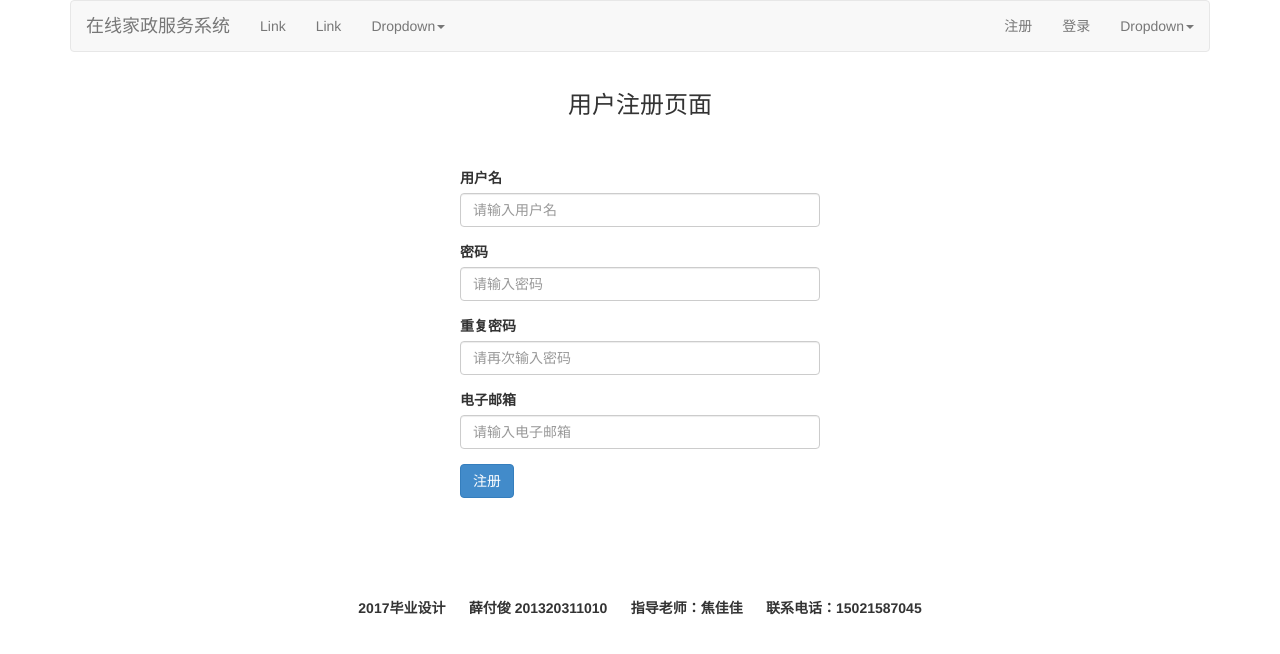
Repository: ELeonCXFJ/MyEclipseWS
Page: http://localhost/MyWeb/jsps/user/register.jsp
An editor plug-in stored every save of this project. The page is shown before and after the next save, followed by the edit.
The browser window is 1280 px wide. The pictures show the whole page.
The page is served by Tomcat 9. Nobody is signed in. The application's start-up code is not run. Other server files are loaded and not shown.

Above is the page before, as saved 2017-03-17 05:22:46.

### MyWeb/WebRoot/jsps/user/register.jsp
<%@ page language="java" import="java.util.*" pageEncoding="UTF-8"%>
<%@ taglib prefix="c" uri="http://java.sun.com/jsp/jstl/core" %>

<!DOCTYPE html>
<html>
<head>
   	<meta charset="utf-8">
   	<meta name="viewport" content="width=device-width, initial-scale=1">
   	<title>用户注册</title>

   	<link rel="stylesheet" href="${pageContext.request.contextPath}/vendor/bootstrap/css/bootstrap.css" />
   	<link rel="stylesheet" href="${pageContext.request.contextPath}/dist/css/bootstrapValidator.css" />

   	<script type="text/javascript" src="${pageContext.request.contextPath}/vendor/jquery/jquery.min.js"></script>
   	<script type="text/javascript" src="${pageContext.request.contextPath}/vendor/bootstrap/js/bootstrap.min.js"></script>
	<script type="text/javascript" src="${pageContext.request.contextPath}/dist/js/bootstrapValidator.js"></script>

</head>

<body>
<div class="container" >

	<div class="row clearfix">
	<c:import url="../../top.jsp"></c:import>
		<div class="col-md-12 column">
		<h3 align="center">用户注册页面</h3></br></br>
		</div>
	</div>
	<div class="row clearfix">
		<div class="col-md-4 column">
		</div>

		<div class="col-md-4 column">
			<form id="mainform" action="<c:url value='/UserServlet'/>" method="post" role="form">
				<input type="hidden" name="method" value="register"/>
				<div class="form-group">
					 <label for="username">用户名</label>
					 <input type="text" name="username" class="form-control" id="username" placeholder="请输入用户名" data-bv-remote="true"/>
				</div>

				<div class="form-group">
					 <label for="password">密码</label>
					 <input type="password" name="password" class="form-control" id="password" placeholder="请输入密码"  />
				</div>

				<div class="form-group">
					 <label for="confirmpassword">重复密码</label>
					 <input type="password" name="confirmpassword" class="form-control" id="confirmpassword" placeholder="请再次输入密码"  />
				</div>

				<div class="form-group">
					 <label for="email">电子邮箱</label>
					 <input type="text" name="email" class="form-control" id="username" placeholder="请输入电子邮箱"/>
				</div>

				<button type="submit" class="btn btn-primary">注册</button>
			</form>
		</div>

		<div class="col-md-4 column">
		</div>

	</div>
	</div>
	</br></br><c:import url="../../bottom.jsp"></c:import>
<div>
</div>
<script type="text/javascript">
$("#mainform").bootstrapValidator({
	message:"This value is not valid",
        feedbackIcons: {
            valid: 'glyphicon glyphicon-ok',
            invalid: 'glyphicon glyphicon-remove',
            validating: 'glyphicon glyphicon-refresh'
        },
        fields:{
			username:{
				validators:{
					notEmpty:{
						message:'用户名不能为空'
					},
					stringLength:{
						min:6,
						max:20,
						message:"用户名长度必须在6-20个字符之间"
					},
					regexp:{
						regexp:/^[a-zA-Z0-9_\.]+$/,
						message:"用户名只能由字母、数字、点和下划线组成",
					},
					threshold:6,
					remote:{
						url:'../../UserServlet?method=ajaxValidatorUserName',
						data:{username:$("#username").text()},
						delay : 1000,
						type:'POST',
						message:'该用户已存在',
					},
				}
			},

			password:{
				validators:{
					notEmpty:{
						message:'密码不能为空'
					},
					identical:{
						field: 'confirmpassword',
						message: '两次输入的密码不相同',
					},
					different:{
						field: 'username',
						message:'用户密码不能和账户名相同'
					},
					stringLength:{
						min:5,
						max:20,
						message:'密码长度必须在5-20个字符之间'
					},
				}
			},

			confirmpassword:{
				validators:{
					notEmpty:{
						message:'请重复输入密码'
					},
					identical:{
						field: 'password',
						message: '两次输入的密码不相同',
					},
					different:{
						field: 'username',
						message:'用户密码不能和账户名相同'
					},
					stringLength:{
						min:5,
						max:20,
						message:"密码长度必须在5-20个字符之间"
					},
				}
			},
			email:{
				validators:{
					emailAddress:{
						message:"当前输入的邮箱格式有误，请确认该邮箱为有效邮箱地址"
					},
					notEmpty:{
						message:'电子邮箱不能为空'
					},
					remote:{
						url:'../../UserServlet?method=ajaxValidatorEmail',
						data:{username:$("#email").text()},
						delay : 1000,
						type:'POST',
						message:'该邮箱已被注册',
					},
				}
			},
        }
    });
</script>
</body>
</html>

### MyWeb/WebRoot/top.jsp
<%@ page language="java" import="java.util.*" pageEncoding="UTF-8"%>
<%@ taglib prefix="c" uri="http://java.sun.com/jsp/jstl/core" %>

<!DOCTYPE html>
<html>
<head>
   <meta charset="utf-8">
   <title>导航栏</title>
</head>
<body>

<div class="container" align="center">
	<div class="row clearfix">
		<div class="col-md-12 column">
			<nav class="navbar navbar-default" role="navigation">
				<div class="navbar-header">
					 <button type="button" class="navbar-toggle" data-toggle="collapse" data-target="#bs-example-navbar-collapse-1"> <span class="sr-only">Toggle navigation</span><span class="icon-bar"></span><span class="icon-bar"></span><span class="icon-bar"></span></button> <a class="navbar-brand" href="<c:url value='/index.jsp'/>">在线家政服务系统</a>
				</div>
				<div class="collapse navbar-collapse" id="bs-example-navbar-collapse-1">
					<ul class="nav navbar-nav">
						<li >
							 <a href="#">Link</a>
						</li>
						<li>
							 <a href="#">Link</a>
						</li>
						<li class="dropdown">
							 <a href="#" class="dropdown-toggle" data-toggle="dropdown">Dropdown<strong class="caret"></strong></a>
							<ul class="dropdown-menu">
								<li>
									 <a href="#">Action</a>
								</li>
								<li>
									 <a href="#">Another action</a>
								</li>
								<li>
									 <a href="#">Something else here</a>
								</li>
								<li class="divider">
								</li>
								<li>
									 <a href="#">Separated link</a>
								</li>
								<li class="divider">
								</li>
								<li>
									 <a href="#">One more separated link</a>
								</li>
							</ul>
						</li>
					</ul>
					<ul class="nav navbar-nav navbar-right">
					<c:choose>
						<c:when test="${empty sessionScope.sessionUser }">
						<li>
							 <a href="<c:url value='/jsps/user/register.jsp'/>">注册</a>
						</li>
						<li>
							<a href="<c:url value='/jsps/user/login.jsp' />">登录</a>
						</li>
						</c:when>

						<c:otherwise>
								<li>
									 <a href="#">我的订单</a>
								</li>
								<li>
									 <a href="#">修改密码</a>
								</li>
								<li>
									 <a href="#">购物车</a>
								</li>
								<li>
									<a href="#">退出</a>
								</li>
						</c:otherwise>
					</c:choose>

						<li class="dropdown">
							 <a href="#" class="dropdown-toggle" data-toggle="dropdown">Dropdown<strong class="caret"></strong></a>
							<ul class="dropdown-menu">
								<li>
									 <a href="#">Action</a>
								</li>
								<li>
									 <a href="#">Another action</a>
								</li>
								<li>
									 <a href="#">Something else here</a>
								</li>
								<li class="divider">
								</li>
								<li>
									 <a href="#">Separated link</a>
								</li>
							</ul>
						</li>
					</ul>
				</div>
			</nav>
		</div>
	</div>
</div>
</body>

### MyWeb/WebRoot/bottom.jsp
<%@ page language="java" import="java.util.*" pageEncoding="UTF-8"%>
<%@ taglib prefix="c" uri="http://java.sun.com/jsp/jstl/core" %>

<!DOCTYPE html>
<html>
<head>
   <meta charset="utf-8">
   <title>页脚</title>
</head>
<body>

	<div align="center">
		<label for=“bottom"></br></br></br>2017毕业设计&nbsp;&nbsp;&nbsp;&nbsp;&nbsp;&nbsp;薛付俊 201320311010&nbsp;&nbsp;&nbsp;&nbsp;&nbsp;&nbsp;指导老师：焦佳佳&nbsp;&nbsp;&nbsp;&nbsp;&nbsp;&nbsp;联系电话：15021587045</label>
	</div>
	<div style="display:none;">
		<label for="hide">bootstrapvalidator引用自：https://github.com/nghuuphuoc/bootstrapvalidator</label>
	</div>
</body>

Loaded but not shown: MyWeb/WebRoot/dist/css/bootstrapValidator.css (common file); MyWeb/WebRoot/dist/js/bootstrapValidator.js (library)

After the next save:
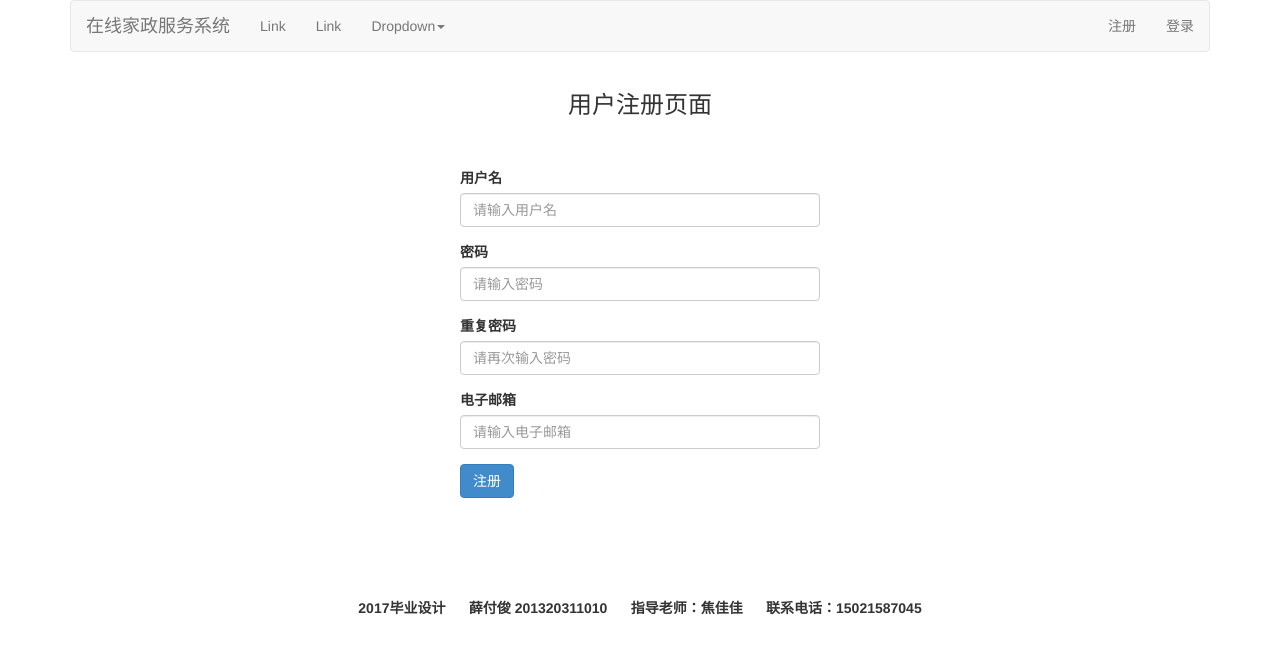
Saved 2 min 16 s later.
--- a/MyWeb/WebRoot/top.jsp
+++ b/MyWeb/WebRoot/top.jsp
@@ -75,26 +75,6 @@
 								</li>
 						</c:otherwise>
 					</c:choose>
-
-						<li class="dropdown">
-							 <a href="#" class="dropdown-toggle" data-toggle="dropdown">Dropdown<strong class="caret"></strong></a>
-							<ul class="dropdown-menu">
-								<li>
-									 <a href="#">Action</a>
-								</li>
-								<li>
-									 <a href="#">Another action</a>
-								</li>
-								<li>
-									 <a href="#">Something else here</a>
-								</li>
-								<li class="divider">
-								</li>
-								<li>
-									 <a href="#">Separated link</a>
-								</li>
-							</ul>
-						</li>
 					</ul>
 				</div>
 			</nav>
